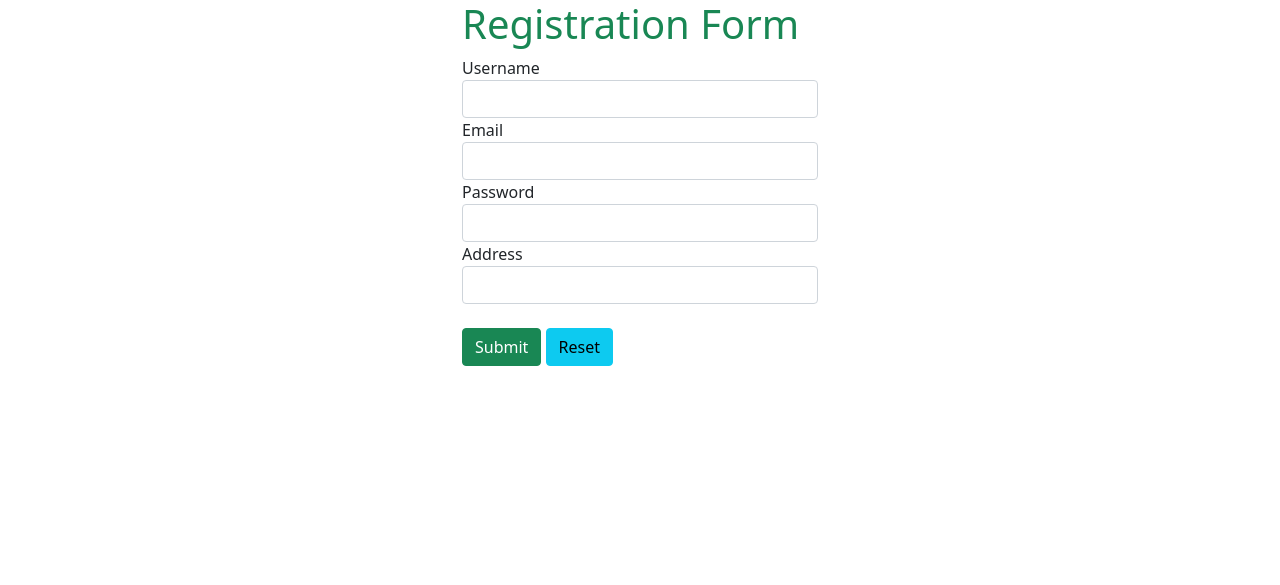
Repository: Laxman877/MyWorkspace
Page: Corejava/Learning_Web/src/main/webapp/boostrapDemo3.html
An editor plug-in stored every save of this project. The page is shown before and after the next save, followed by the edit.
The browser window is 1280 px wide. The pictures show the whole page.

Above is the page before, as saved 2022-04-30 03:44:51.

After the next save:
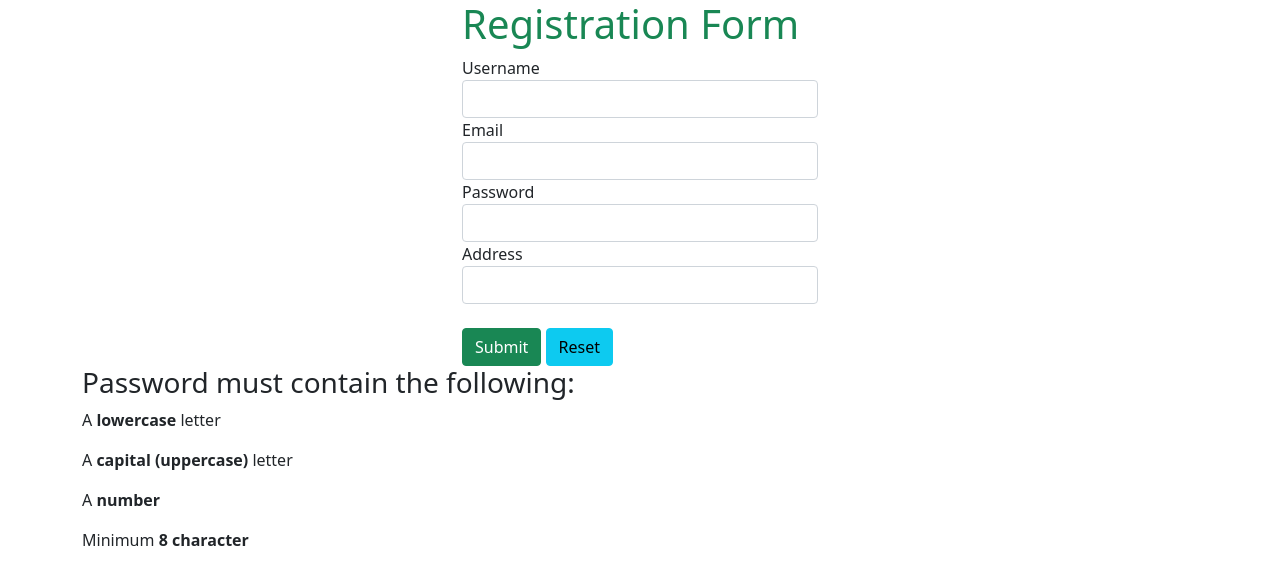
Saved 9 min 13 s later.
--- a/Corejava/Learning_Web/src/main/webapp/boostrapDemo3.html
+++ b/Corejava/Learning_Web/src/main/webapp/boostrapDemo3.html
@@ -40,6 +40,13 @@
 <input type="Reset" class="btn btn-info">
 </form>
 </div>
+<div id="message">
+<h3>Password must contain the following:</h3>
+<p id="letter" class="invalid">A <b>lowercase</b> letter</p>
+<p id="capital" class="invalid">A <b>capital (uppercase)</b> letter</p>
+<p id="number" class="invalid">A <b>number</b></p>
+<p id="length" class="invalid">Minimum <b>8 character</b></p>
+</div>
 <div class="col-md-4"></div>
 </div>
 </div>
